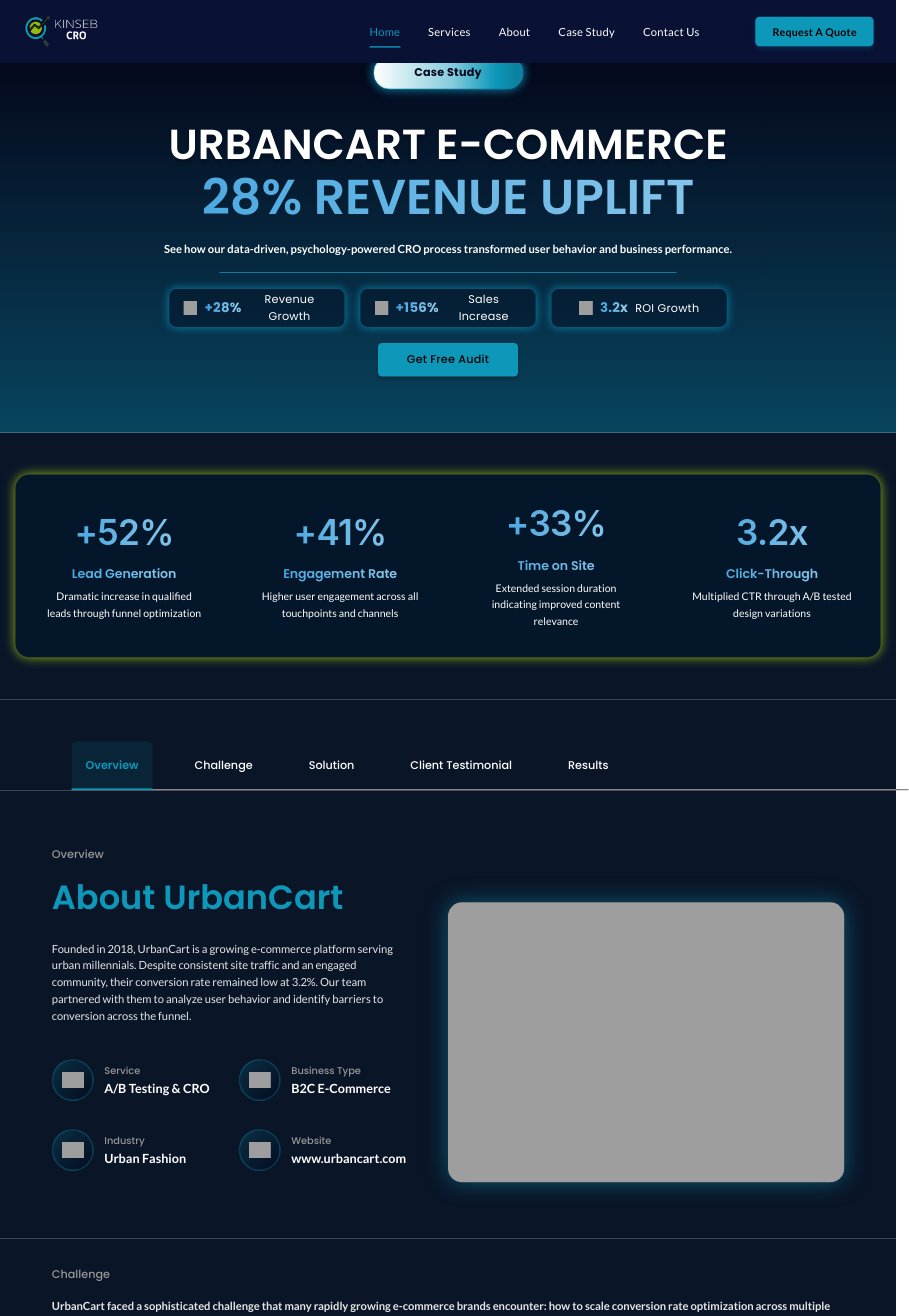
Repository: YahyaK01/kinseb
Page: /case-study/e-commerce-revenue-uplift-through-testing
These files come from the project's save history. The page is drawn as it stood at one moment and after the next save; the edit follows.
The browser window is 1280 px wide. The page is 1298 px wide, so the pictures cover 1298 px, including what lies to the right of the window. The pictures show the part of the page from y = 0 to 1880 px (the page is 8239 px tall before and 8237 px after), at 70% of full size.
Pictures or frames that could not be fetched are drawn as grey boxes. The project was rebuilt for these pictures with package versions that can differ from the ones it lists, and the page was loaded fresh each time. Also part of the build but not shown: src/components/FAQ.js, src/components/CTA.jsx, src/components/MetricsSection.jsx, src/components/WhyCROMatter.jsx, src/components/Processsection.jsx, src/components/Hero.jsx, src/components/marquee.jsx, src/components/CEO.jsx and 27 more.

Above is the page before, as saved 2025-12-12 23:34:07.

After the next save:
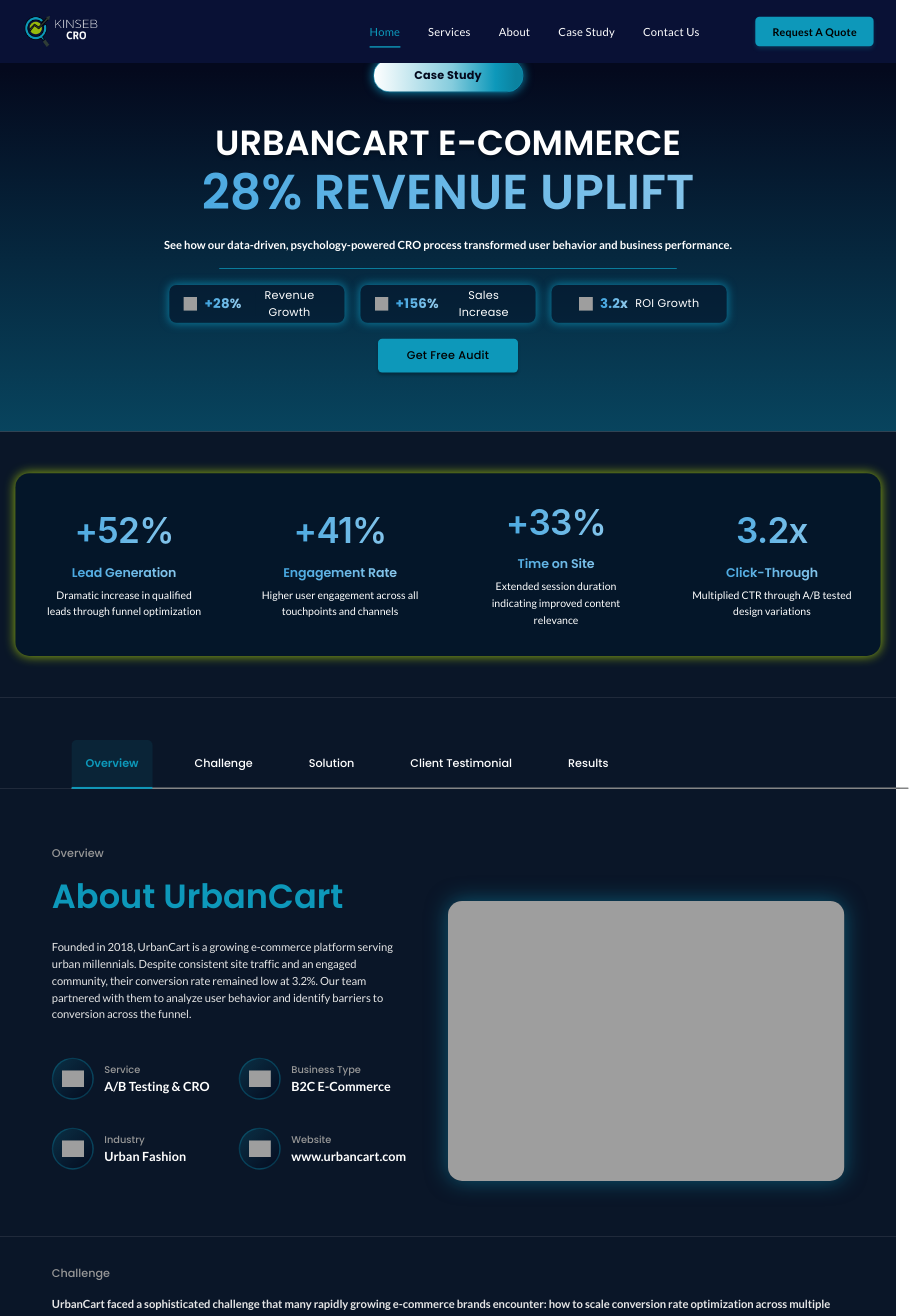
Saved 81 s later.
--- a/src/components/CaseStudyHero.jsx
+++ b/src/components/CaseStudyHero.jsx
@@ -189,13 +189,14 @@
             width: '100%',
             fontFamily: "'Poppins', sans-serif",
             fontWeight: 600,
-            fontSize: windowWidth <= 768 ? '28px' : windowWidth <= 1024 ? '45px' : '60px',
-            lineHeight: windowWidth <= 768 ? '36px' : windowWidth <= 1024 ? '55px' : '70px',
+            fontSize: windowWidth <= 768 ? '24px' : windowWidth <= 1024 ? '38px' : '50px',
+            lineHeight: windowWidth <= 768 ? '32px' : windowWidth <= 1024 ? '48px' : '60px',
             textAlign: 'center',
             textTransform: 'uppercase',
             color: '#FFFFFF',
             textShadow: '0px 4px 4px rgba(0, 0, 0, 0.25)',
-            margin: 0
+            margin: 0,
+            whiteSpace: 'nowrap'
           }}>
             {data.titleLine1} {data.titleLine2}
           </h1>
